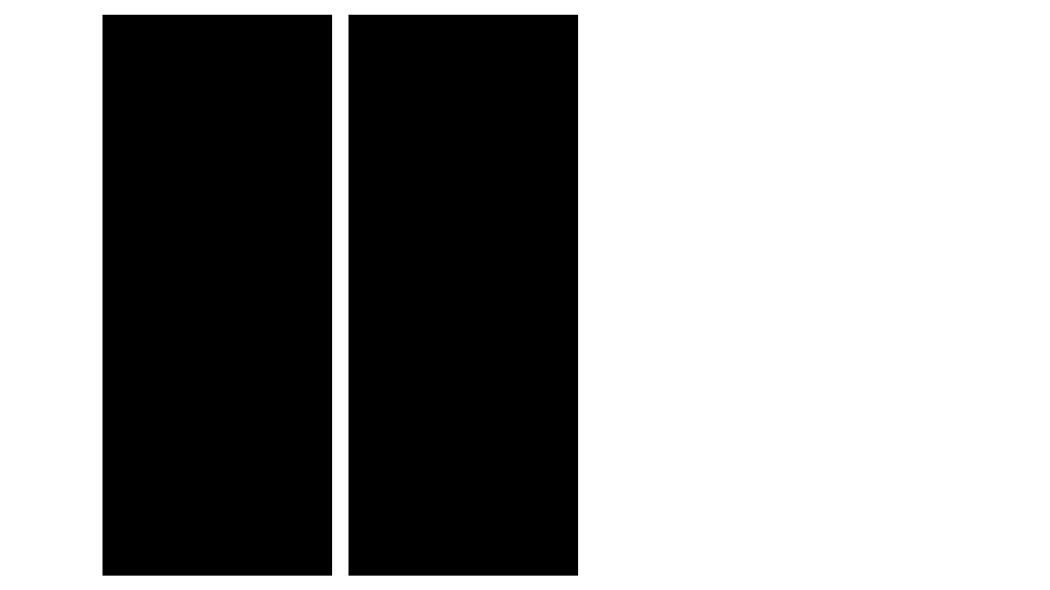
Repository: isiko1/the_importance_of_this
Page: index.html
The author's editor kept a record of every edit. The page is drawn from the files as they stood at one moment, then again after the next edit.
The browser window is 1280 px wide. The pictures show the whole page, at 82% of full size.

Above is the page before.

### index.html
<!DOCTYPE html>
<html lang="en">
<head>
    <meta charset="UTF-8">
    <meta name="viewport" content="width=device-width, initial-scale=1.0">
    <meta http-equiv="X-UA-Compatible" content="ie=edge">
    <link rel="stylesheet" href="style.css" type="text/css" />
    <script type="text/javascript" src="js/jquery-3.4.1.js"></script>
    <title>Document</title>
</head>
<body>
    <div id ="container">
        <div class="card">
            <p>Lorem ipsum dolor sit amet, consectetuer adipiscing elit,
            sed diam nonummy nibh euismod tincidunt ut laoreet dolore
            magna aliquam erat volutpat. Ut wisi enim ad minim veniam,
            quis nostrud exerci tation ullamcorper suscipit lobortis nisl
            ut aliquip ex ea commodo consequat. Duis autem vel eum iriure
            dolor in hendrerit in vulputate velit esse molestie consequat,
            vel illum dolore eu feugiat nulla facilisis at vero eros et
            accumsan et iusto odio dignissim qui blandit praesent luptatum
            zzril delenit augue duis dolore te feugait nulla facilisi.
            Nam liber tempor cum soluta nobis eleifend option congue
            nihil imperdiet doming id quod mazim placerat facer possim
            assum. Typi non habent claritatem insitam; est usus legentis
            in iis qui facit eorum claritatem. Investigationes
            demonstraverunt lectores legere me lius quod ii legunt saepius.
            Claritas est etiam processus dynamicus, qui sequitur mutationem
            consuetudium lectorum. Mirum est notare quam littera gothica,
            quam nunc putamus parum claram, anteposuerit litterarum formas
            humanitatis per seacula quarta decima et quinta decima. Eodem
            modo typi, qui nunc nobis videntur parum clari, fiant sollemnes
            in futurum.</p>
        </div>
        <div class="card">
            <p>Lorem ipsum dolor sit amet, consectetuer adipiscing elit,
            sed diam nonummy nibh euismod tincidunt ut laoreet dolore
            magna aliquam erat volutpat. Ut wisi enim ad minim veniam,
            quis nostrud exerci tation ullamcorper suscipit lobortis nisl
            ut aliquip ex ea commodo consequat. Duis autem vel eum iriure
            dolor in hendrerit in vulputate velit esse molestie consequat,
            vel illum dolore eu feugiat nulla facilisis at vero eros et
            accumsan et iusto odio dignissim qui blandit praesent luptatum
            zzril delenit augue duis dolore te feugait nulla facilisi.
            Nam liber tempor cum soluta nobis eleifend option congue
            nihil imperdiet doming id quod mazim placerat facer possim
            assum. Typi non habent claritatem insitam; est usus legentis
            in iis qui facit eorum claritatem. Investigationes
            demonstraverunt lectores legere me lius quod ii legunt saepius.
            Claritas est etiam processus dynamicus, qui sequitur mutationem
            consuetudium lectorum. Mirum est notare quam littera gothica,
            quam nunc putamus parum claram, anteposuerit litterarum formas
            humanitatis per seacula quarta decima et quinta decima. Eodem
            modo typi, qui nunc nobis videntur parum clari, fiant sollemnes
            in futurum.</p>
        </div>
    </div>
    <script type="text/javascript" src="js/script.js"></script>
</body>
</html>

### css/style.css
#container {
    display: flex; /* makes container a flexbox */
    flex-flow: row wrap; /* layout the rows and wrap them */
    box-sizing: border-box;
    margin-right: auto;
    margin-left: auto;
    max-width: 1050px;
}
.card {
    flex: 1; /* make contents controllable by flexbox */
    display:flex;
    flex-flow: column;
    max-width: 240px;
    margin: 10px;
    padding: 20px;
    background-color: #000;
}

### js/script.js
$(document).ready(function(){
    $(".box").on("click", function(){
        /**
         * when we click on an element that has
         *a 'box' class, this event will be fired.
         */
        var classNames = $(this).attr("class").split(" ");
        var boxClass = classNames[0];
        var className = classNames[1];
        if($(this).css("background-color") == "rgb(255,0,0)") {
            //if this object is already red turn it black$
           $("." + className).css("background-color", "#000");
        } else {
            // Else turn all elements with a 'box' class black
            // and then change the colour of all elements
            // with the same class name as the clicked element
            // to red.
            $(". " + boxClass).css("background-color", "#000");
            $(". " + className).css("background-color", "red");
        }

    });
});

Loaded but not shown: js/jquery-3.4.1.js (library)

After the next edit:
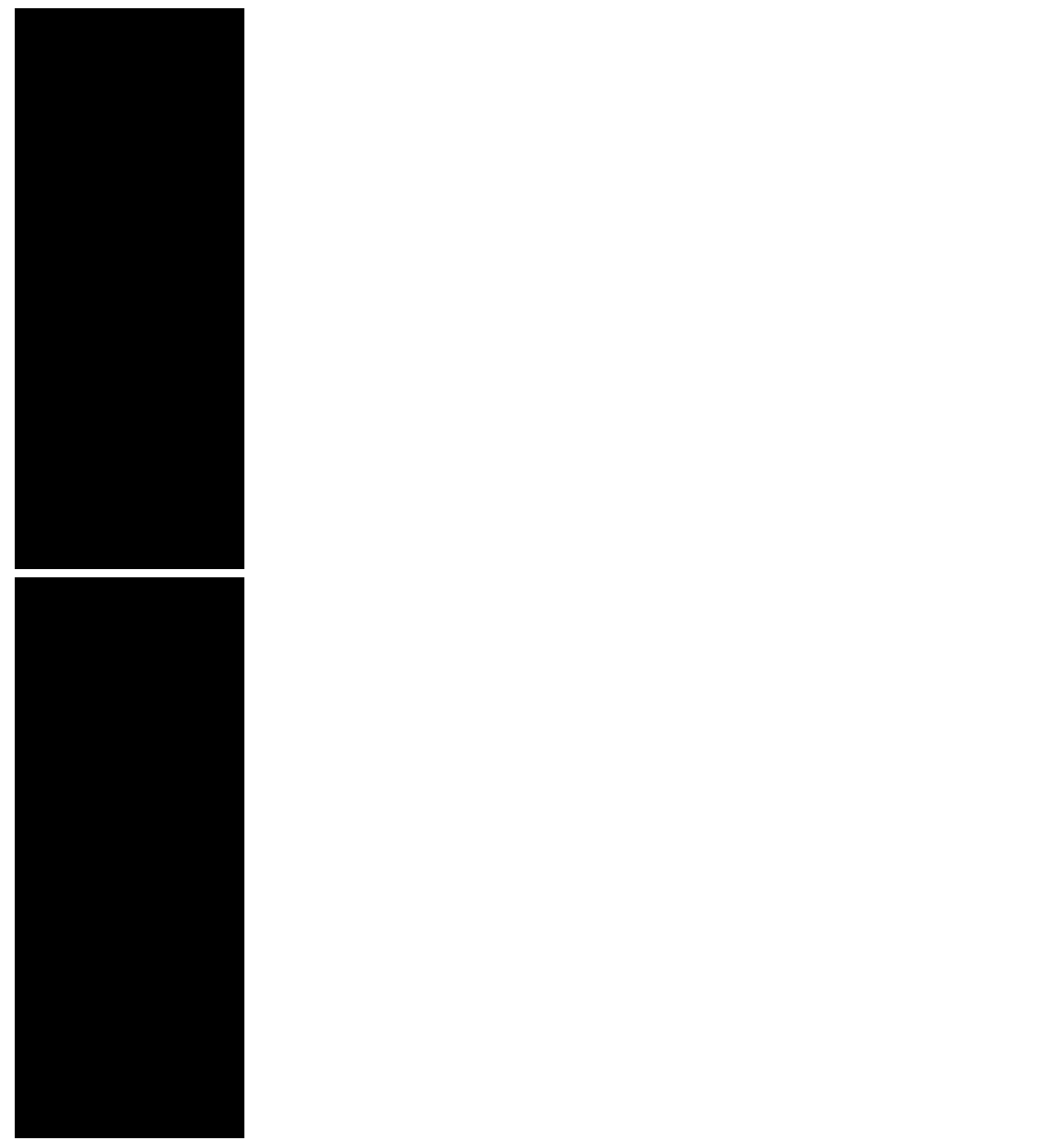
The edit:
--- a/css/style.css
+++ b/css/style.css
@@ -1,4 +1,4 @@
-#container {
+.container {
     display: flex; /* makes container a flexbox */
     flex-flow: row wrap; /* layout the rows and wrap them */
     box-sizing: border-box;
